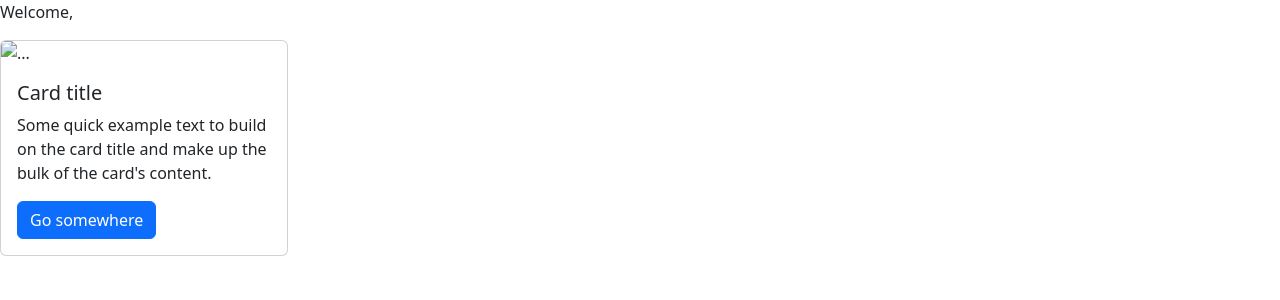
Repository: owuraku/DBC28.1
Page: http://localhost/employees
An editor plug-in stored every save of this project. The page is shown before and after the next save, followed by the edit.
The browser window is 1280 px wide. The pictures show the whole page.
The page is served by the project's Laravel application, run on PHP 8.4 with Laravel 10.

Above is the page before, as saved 2023-05-19 09:59:05.

After the next save:
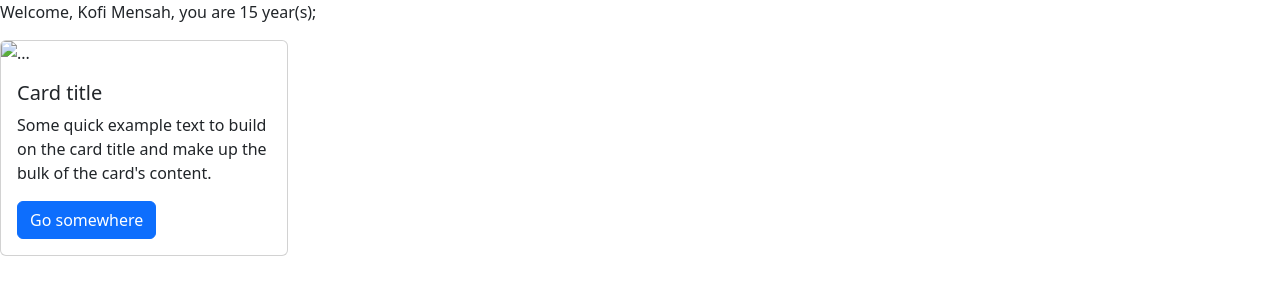
Saved 2 min 47 s later.
--- a/resources/views/myFirstView.blade.php
+++ b/resources/views/myFirstView.blade.php
@@ -13,7 +13,7 @@
 <body>
 
     <p>
-        Welcome, {{ '' }}
+        Welcome, {{ $name }}, you are {{ $age }} year(s);
     </p>
 
 
